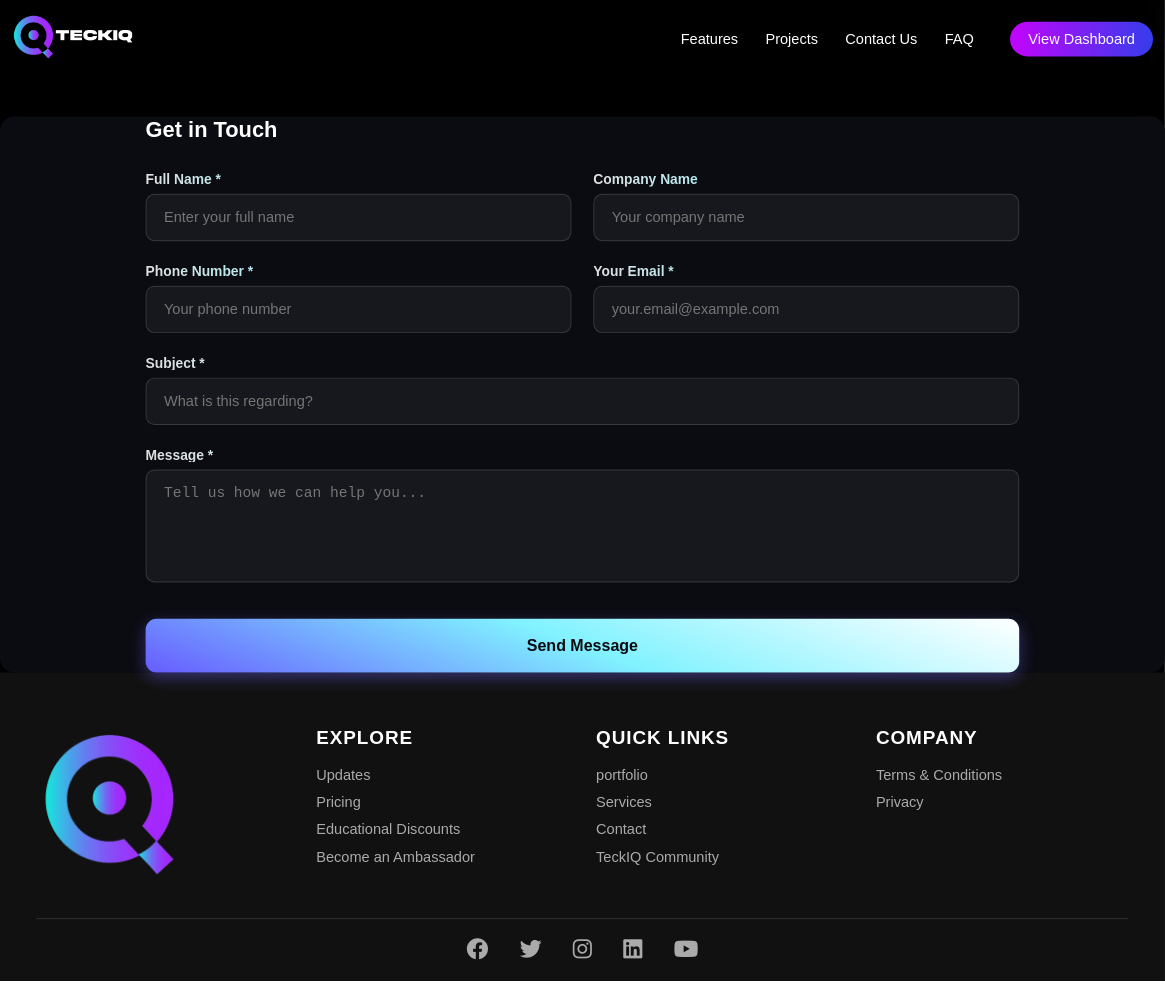
Repository: Uge-dev/Tekagon
Page: frontend/pages/contact.html
An editor plug-in stored every save of this project. The page is shown before and after the next save, followed by the edit.
The browser window is 1280 px wide. The pictures show the whole page, at 91% of full size.

Above is the page before, as saved 2026-05-05 15:56:01.

### frontend/pages/contact.html
<!DOCTYPE html>
<html lang="en">

<head>
    <meta charset="UTF-8">
    <meta name="viewport" content="width=device-width, initial-scale=1.0">
    <title>Admin Dashboard - Tekagon</title>
    <link rel="stylesheet" href="../styles/contact.css">
    <link rel="stylesheet" href="../styles/style.css">
    <link rel="stylesheet" href="https://cdnjs.cloudflare.com/ajax/libs/font-awesome/6.4.0/css/all.min.css">


    <style>
        body {
    font-family: "Poppins", sans-serif;
    background: linear-gradient(30deg, #000000, #000000);

    /* Reduced to move content up */
}
    </style>
</head>

<body>
  <header class="main-header">
  <div class="header-container">
    <div class="logo">
      <a href="#"><img src="../Images/TeckIQ white text.png" alt="TeckIQ Logo"></a>
    </div>

    <nav class="nav-wrapper" id="menu-item" >
      <div class="nav-links">
        <a href="#feature">Features</a>
        <a href="#project">Projects</a>
        <a href="#contact">Contact Us</a>
        <a href="#FAQ">FAQ</a>
      </div>
      <a href="./pages/Dasnboard.html" class="dashboard-btn">View Dashboard</a>
    </nav>

    <button class="hamburger-toggle" id="mobile-toggle" aria-label="Toggle Navigation">
      <span class="bar"></span>
      <span class="bar"></span>
      <span class="bar"></span>
    </button>
  </div>
</header>



   <section class="contact-section". style="margin-top: 8rem; padding: 0rem 10rem;">
        <h2 class="header-title">Get in Touch</h2>
        <form class="contact-form" id="contactForm" action="https://formsubmit.co/tekagon.digital@gmail.com"
            method="POST">
            <!-- FormSubmit Configuration -->
            <input type="text" name="_honey" style="display:none">
            <input type="hidden" name="_captcha" value="false">
            <input type="hidden" name="_template" value="table">
            <input type="hidden" name="_subject" value="New Contact Form Submission from Website">

            <!-- Optional: Redirect after success -->
            <!-- <input type="hidden" name="_next" value="https://yourwebsite.com/thank-you.html"> -->

            <!-- Optional: CC other emails -->
            <!-- <input type="hidden" name="_cc" value="other@email.com"> -->

            <div class="contact-row">
                <div class="contact-group">
                    <label>Full Name <span>*</span></label>
                    <input type="text" id="fullName" name="name" placeholder="Enter your full name" required />
                    <div class="error-text" id="nameError">Please enter your full name</div>
                </div>
                <div class="contact-group">
                    <label>Company Name</label>
                    <input type="text" id="companyName" name="company" placeholder="Your company name" />
                </div>
            </div>

            <div class="contact-row">
                <div class="contact-group">
                    <label>Phone Number <span>*</span></label>
                    <input type="tel" id="phoneNumber" name="phone" placeholder="Your phone number" required />
                    <div class="error-text" id="phoneError">Please enter a valid phone number</div>
                </div>
                <div class="contact-group">
                    <label>Your Email <span>*</span></label>
                    <input type="email" id="email" name="email" placeholder="your.email@example.com" required />
                    <div class="error-text" id="emailError">Please enter a valid email address</div>
                </div>
            </div>

            <div class="contact-group">
                <label>Subject <span>*</span></label>
                <input type="text" id="subject" name="subject" placeholder="What is this regarding?" required />
                <div class="error-text" id="subjectError">Please enter a subject</div>
            </div>

            <div class="contact-group">
                <label>Message <span>*</span></label>
                <textarea id="message" name="message" rows="5" placeholder="Tell us how we can help you..."
                    required></textarea>
                <div class="error-text" id="messageError">Please enter your message</div>
            </div>

            <div class="error-message" id="formError">
                <!-- Error message will appear here -->
            </div>

            <button type="submit" id="submitBtn" class="contact-submit">
                <div class="submit-loader"></div>
                <span class="submit-text">
                    <i data-feather="send"></i> Send Message
                </span>
            </button>
        </form>
    </section>

    <!-- Sending Overlay -->
    <div class="sending-overlay" id="sendingOverlay">
        <div class="sending-animation">
            <div class="spinner"></div>
            <h3>Sending Your Message</h3>
            <p>Please wait while we send your message. This will only take a moment.</p>
        </div>
    </div>

    <!-- Success Popup -->
    <div class="success-popup" id="successPopup">
        <div class="success-content">
            <div class="success-icon">
                <i data-feather="check"></i>
            </div>
            <h2>Message Sent Successfully!</h2>
            <p>Thank you for contacting us. We've received your message and will get back to you within 24 hours.</p>
            <button class="close-btn" id="closeSuccess">Got It</button>
        </div>
    </div>



     <footer>
        <div class="footer-container">
          <div class="logo-footer"><a href="#"><img src="../Images/TeckIQ mark.png" alt=""></a></div>
          <div class="footer-column">
            <h3>Explore</h3>
            <ul>
              <li><a href="#">Updates</a></li>
              <li><a href="#">Pricing</a></li>
              <li><a href="#">Educational Discounts</a></li>
              <li><a href="#">Become an Ambassador</a></li>
            </ul>
          </div>
          <div class="footer-column">
            <h3>Quick Links</h3>
            <ul>
              <li><a href="#">portfolio</a></li>
              <li><a href="#">Services</a></li>
              <li><a href="#">Contact</a></li>
              <li><a href="#">TeckIQ Community</a></li>

            </ul>
          </div>
          <div class="footer-column">
            <h3>Company</h3>
            <ul>
              <li><a href="#">Terms & Conditions</a></li>
              <li><a href="#">Privacy</a></li>
            </ul>
          </div>
        </div>
        <div class="footer-bottom">

          <div class="social-icons">
            <a href="#"><i class="fa-brands fa-facebook"></i></a>
            <a href="#"><i class="fa-brands fa-twitter"></i></a>
            <a href="#"><i class="fa-brands fa-instagram"></i></a>
            <a href="#"><i class="fa-brands fa-linkedin"></i></a>
            <a href="#"><i class="fa-brands fa-youtube"></i></a>
          </div>

        </div>
      </footer>
</body>

</html>

### frontend/styles/contact.css
 .contact-section {
   background: #0b0c12;
   padding: 1rem;
   color: #fff;
   padding: 0px 3rem;
   display: flex;
   flex-direction: column;
   gap: 2rem;
   border-radius: 16px;
   box-shadow: 0 0 30px rgba(0, 0, 0, 0.4);
   width: 100%;


   justify-content: center;

 }

 .contact-title {
   font-size: 1.8rem;
   font-weight: 600;
   margin-bottom: 1.5rem;
   color: #b8c6ff;
   border-left: 4px solid #81f2ff;
   padding-left: 16px;
   text-transform: uppercase;
   letter-spacing: 0.05em;
   background: linear-gradient(to right, rgb(224, 224, 224), #81f2ff, #675cff);
   -webkit-background-clip: text;
   -webkit-text-fill-color: transparent;
 }

 .contact-form {
   display: flex;
   flex-direction: column;
   gap: 1.5rem;
 }

 .contact-row {
   display: grid;
   grid-template-columns: repeat(auto-fit, minmax(250px, 1fr));
   gap: 1.5rem;
 }

 .contact-group {
   display: flex;
   flex-direction: column;
   gap: 0.5rem;
 }

 .contact-group label {
   font-size: 0.95rem;
   background: linear-gradient(to right, rgb(224, 224, 224), #81f2ff, #675cff);
   -webkit-background-clip: text;
   -webkit-text-fill-color: transparent;
   font-weight: 600;
 }

 .contact-group label span {
   color: #ff7575;
 }

 .contact-group input,
 .contact-group textarea {
   background: rgba(255, 255, 255, 0.05);
   border: 1px solid rgba(255, 255, 255, 0.15);
   color: #fff;
   border-radius: 10px;
   padding: 1rem 1.2rem;
   font-size: 1rem;
   transition: all 0.3s ease;
   resize: none;
 }

 .contact-group input:focus,
 .contact-group textarea:focus {
   outline: none;
   border-color: #81f2ff;
   box-shadow: 0 0 0 2px rgba(129, 242, 255, 0.2);
 }

 .contact-group input.error,
 .contact-group textarea.error {
   border-color: #ff7575;
   box-shadow: 0 0 0 2px rgba(255, 117, 117, 0.2);
 }

 .contact-submit {
   display: flex;
   align-items: center;
   justify-content: center;
   gap: 12px;
   background: linear-gradient(200deg, rgb(255, 255, 255), #81f2ff, #675cff);
   border: none;
   border-radius: 12px;
   padding: 1.2rem 2.5rem;
   color: #0b0c12;
   font-size: 1.1rem;
   font-weight: 600;
   cursor: pointer;
   box-shadow: 0 6px 18px rgba(111, 101, 255, 0.4);
   transition: all 0.3s ease;
   margin-top: 1rem;
   position: relative;
   overflow: hidden;
 }

 .contact-submit:hover {
   transform: translateY(-3px);
   box-shadow: 0 10px 25px rgba(111, 101, 255, 0.6);
 }

 .contact-submit:active {
   transform: translateY(-1px);
 }

 .contact-submit:disabled {
   opacity: 0.7;
   cursor: not-allowed;
   transform: none;
 }

 .contact-submit i {
   width: 20px;
   height: 20px;
 }

 .submit-loader {
   display: none;
   width: 20px;
   height: 20px;
   border: 3px solid rgba(11, 12, 18, 0.3);
   border-top: 3px solid #0b0c12;
   border-radius: 50%;
   animation: spin 1s linear infinite;
 }

 .contact-submit.sending .submit-text {
   display: none;
 }

 .contact-submit.sending .submit-loader {
   display: block;
 }

 .error-text {
   color: #ff7575;
   font-size: 0.85rem;
   margin-top: 0.3rem;
   display: none;
 }

 .sending-overlay {
   position: fixed;
   top: 0;
   left: 0;
   width: 100%;
   height: 100%;
   background-color: rgba(0, 0, 0, 0.85);
   display: flex;
   justify-content: center;
   align-items: center;
   z-index: 1000;
   opacity: 0;
   visibility: hidden;
   transition: opacity 0.3s, visibility 0.3s;
 }

 .sending-overlay.active {
   opacity: 1;
   visibility: visible;
 }

 .sending-animation {
   background: rgba(20, 21, 30, 0.95);
   padding: 50px;
   border-radius: 20px;
   text-align: center;
   max-width: 450px;
   width: 90%;
   box-shadow: 0 20px 60px rgba(0, 0, 0, 0.5);
   transform: scale(0.9);
   animation: scaleIn 0.3s forwards;
   border: 1px solid rgba(129, 242, 255, 0.2);
 }

 @keyframes scaleIn {
   to {
     transform: scale(1);
   }
 }

 .spinner {
   width: 70px;
   height: 70px;
   border: 4px solid rgba(129, 242, 255, 0.1);
   border-top: 4px solid #81f2ff;
   border-radius: 50%;
   animation: spin 1s linear infinite;
   margin: 0 auto 25px;
 }

 @keyframes spin {
   0% {
     transform: rotate(0deg);
   }

   100% {
     transform: rotate(360deg);
   }
 }

 .sending-animation h3 {
   color: #81f2ff;
   margin-bottom: 15px;
   font-size: 24px;
   background: linear-gradient(to right, #81f2ff, #675cff);
   -webkit-background-clip: text;
   -webkit-text-fill-color: transparent;
 }

 .sending-animation p {
   color: #b8c6ff;
   font-size: 16px;
   opacity: 0.8;
 }

 .success-popup {
   position: fixed;
   top: 0;
   left: 0;
   width: 100%;
   height: 100%;
   background-color: rgba(0, 0, 0, 0.9);
   display: flex;
   justify-content: center;
   align-items: center;
   z-index: 1001;
   opacity: 0;
   visibility: hidden;
   transition: opacity 0.3s, visibility 0.3s;
 }

 .success-popup.active {
   opacity: 1;
   visibility: visible;
 }

 .success-content {
   background: rgba(20, 21, 30, 0.95);
   padding: 60px 50px;
   border-radius: 20px;
   text-align: center;
   max-width: 500px;
   width: 90%;
   box-shadow: 0 20px 60px rgba(0, 0, 0, 0.5);
   transform: scale(0.9);
   animation: popIn 0.5s forwards;
   border: 1px solid rgba(46, 204, 113, 0.2);
 }

 @keyframes popIn {
   0% {
     transform: scale(0.9);
     opacity: 0;
   }

   100% {
     transform: scale(1);
     opacity: 1;
   }
 }

 .success-icon {
   width: 100px;
   height: 100px;
   background: linear-gradient(135deg, #2ecc71, #27ae60);
   border-radius: 50%;
   display: flex;
   justify-content: center;
   align-items: center;
   margin: 0 auto 30px;
   animation: bounce 0.6s;
 }

 @keyframes bounce {

   0%,
   20%,
   50%,
   80%,
   100% {
     transform: translateY(0);
   }

   40% {
     transform: translateY(-15px);
   }

   60% {
     transform: translateY(-7px);
   }
 }

 .success-icon i {
   color: white;
   font-size: 50px;
 }

 .success-content h2 {
   margin-bottom: 20px;
   color: #2ecc71;
   font-size: 32px;
   font-weight: 700;
 }

 .success-content p {
   margin-bottom: 35px;
   color: #b8c6ff;
   font-size: 18px;
   line-height: 1.6;
 }

 .close-btn {
   background: linear-gradient(135deg, #2ecc71, #27ae60);
   color: white;
   border: none;
   padding: 16px 40px;
   font-size: 17px;
   border-radius: 12px;
   cursor: pointer;
   transition: all 0.3s ease;
   font-weight: 600;
 }

 .close-btn:hover {
   transform: translateY(-2px);
   box-shadow: 0 8px 20px rgba(46, 204, 113, 0.3);
 }

 .error-message {
   background: linear-gradient(135deg, rgba(255, 234, 167, 0.1), rgba(250, 177, 160, 0.1));
   color: #ff7575;
   padding: 20px;
   border-radius: 12px;
   margin-top: 25px;
   border-left: 5px solid #ff7575;
   display: none;
   font-weight: 600;
   text-align: center;
   backdrop-filter: blur(10px);
 }

 .error-message.active {
   display: block;
   animation: slideIn 0.3s ease;
 }

 @keyframes slideIn {
   from {
     opacity: 0;
     transform: translateY(-10px);
   }

   to {
     opacity: 1;
     transform: translateY(0);
   }
 }

 @media (max-width: 768px) {
   body {
     padding: 1rem;
   }

   .contact-section {
     padding: 2rem 1.5rem;
   }

   .contact-row {
     grid-template-columns: 1fr;
   }

   .contact-title {
     font-size: 1.5rem;
   }

   .sending-animation,
   .success-content {
     padding: 30px 20px;
   }
 }

 @media (max-width: 480px) {
   .contact-section {
     padding: 1.5rem 1rem;
   }

   .contact-submit {
     padding: 1rem 1.5rem;
   }
 }

Loaded but not shown: frontend/styles/style.css (1608 lines, source omitted)

After the next save:
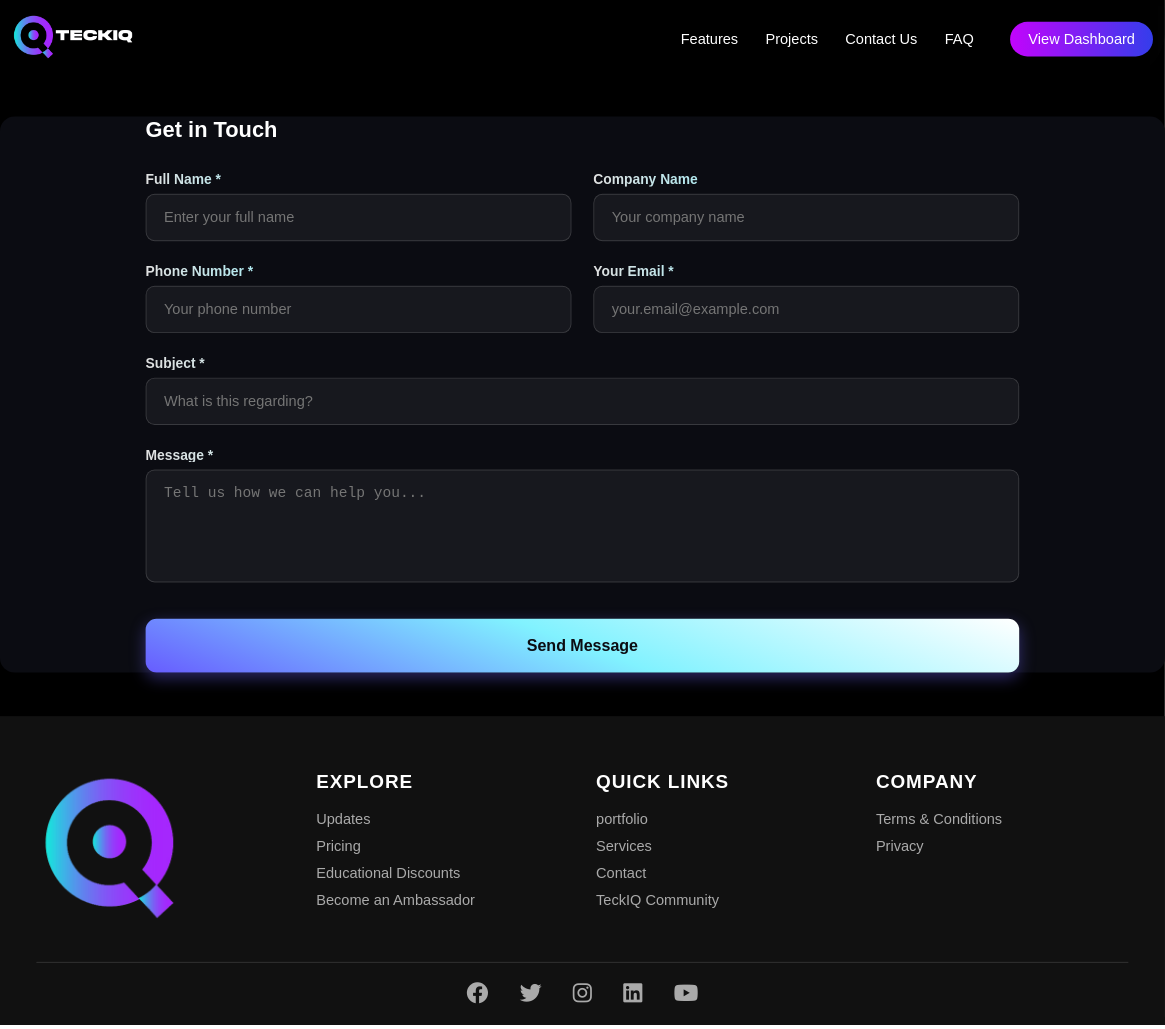
Saved 42 s later.
--- a/frontend/pages/contact.html
+++ b/frontend/pages/contact.html
@@ -137,7 +137,7 @@
 
 
 
-     <footer>
+     <footer style="margin-top: 3rem;">
         <div class="footer-container">
           <div class="logo-footer"><a href="#"><img src="../Images/TeckIQ mark.png" alt=""></a></div>
           <div class="footer-column">
